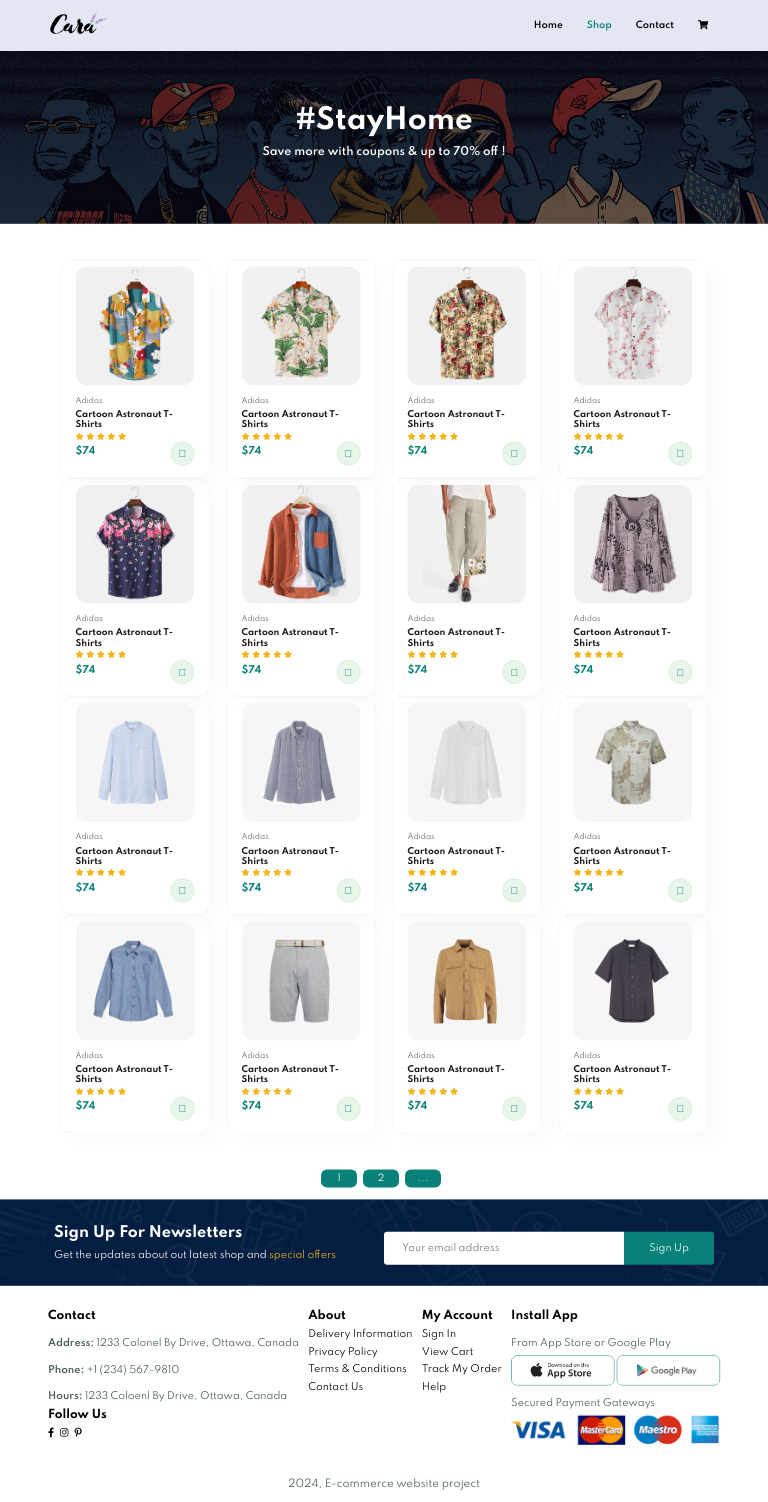
Repository: Daryllgio/E-Commerce-Website-UI
Page: shop.html
An editor plug-in stored every save of this project. The page is shown before and after the next save, followed by the edit.
The browser window is 1280 px wide. The pictures show the whole page, at 60% of full size.
Some web libraries are served in a nearby version.

Above is the page before, as saved 2025-01-01 09:47:26.

After the next save:
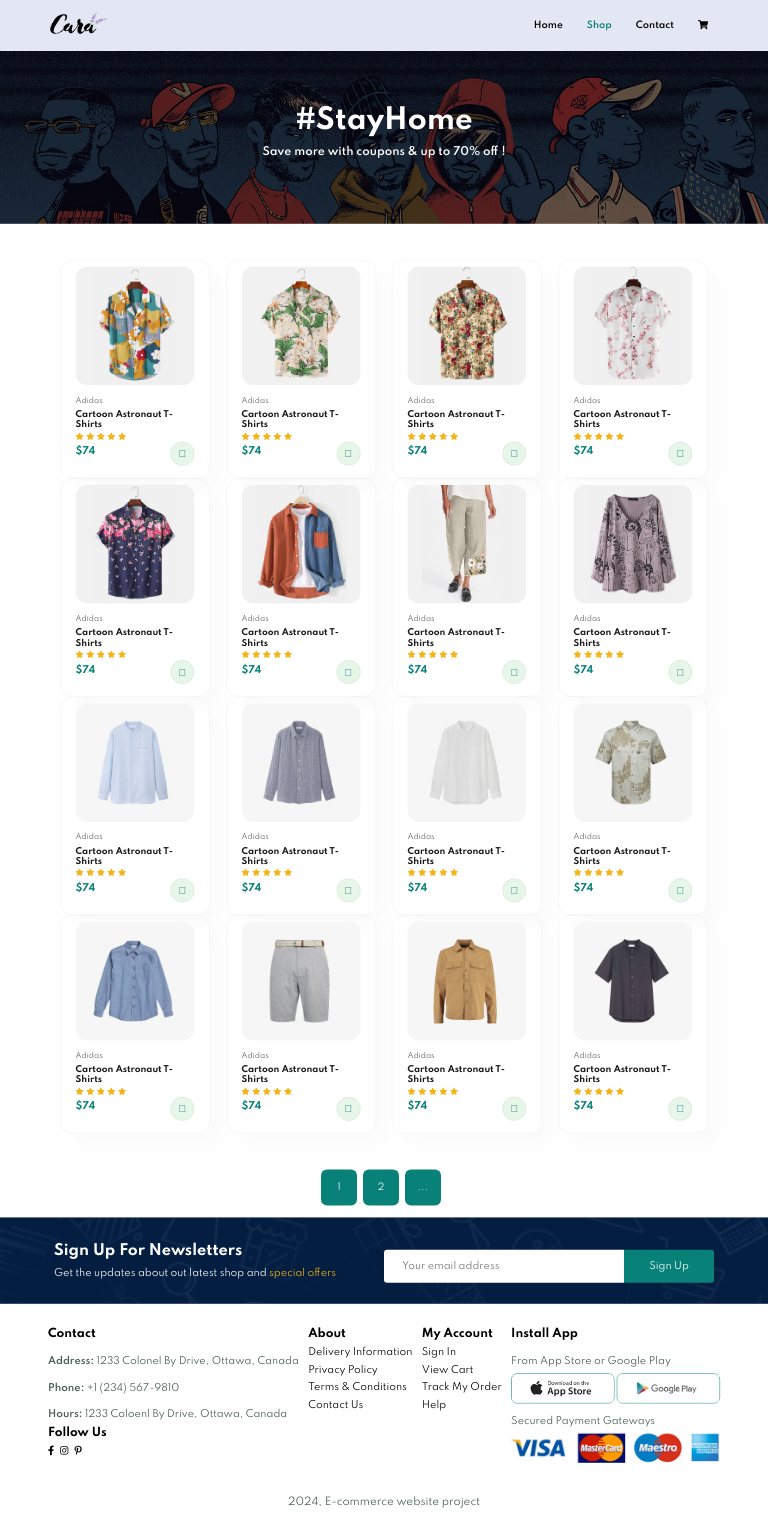
Saved 5 s later.
--- a/style.css
+++ b/style.css
@@ -557,7 +557,7 @@ body {
 
 #ShopPagePagination button {
   width: 60px;
-  height: 30px;
+  height: 60px;
   background-color: #088178;
   font-size: 15px;
   border: 0;
